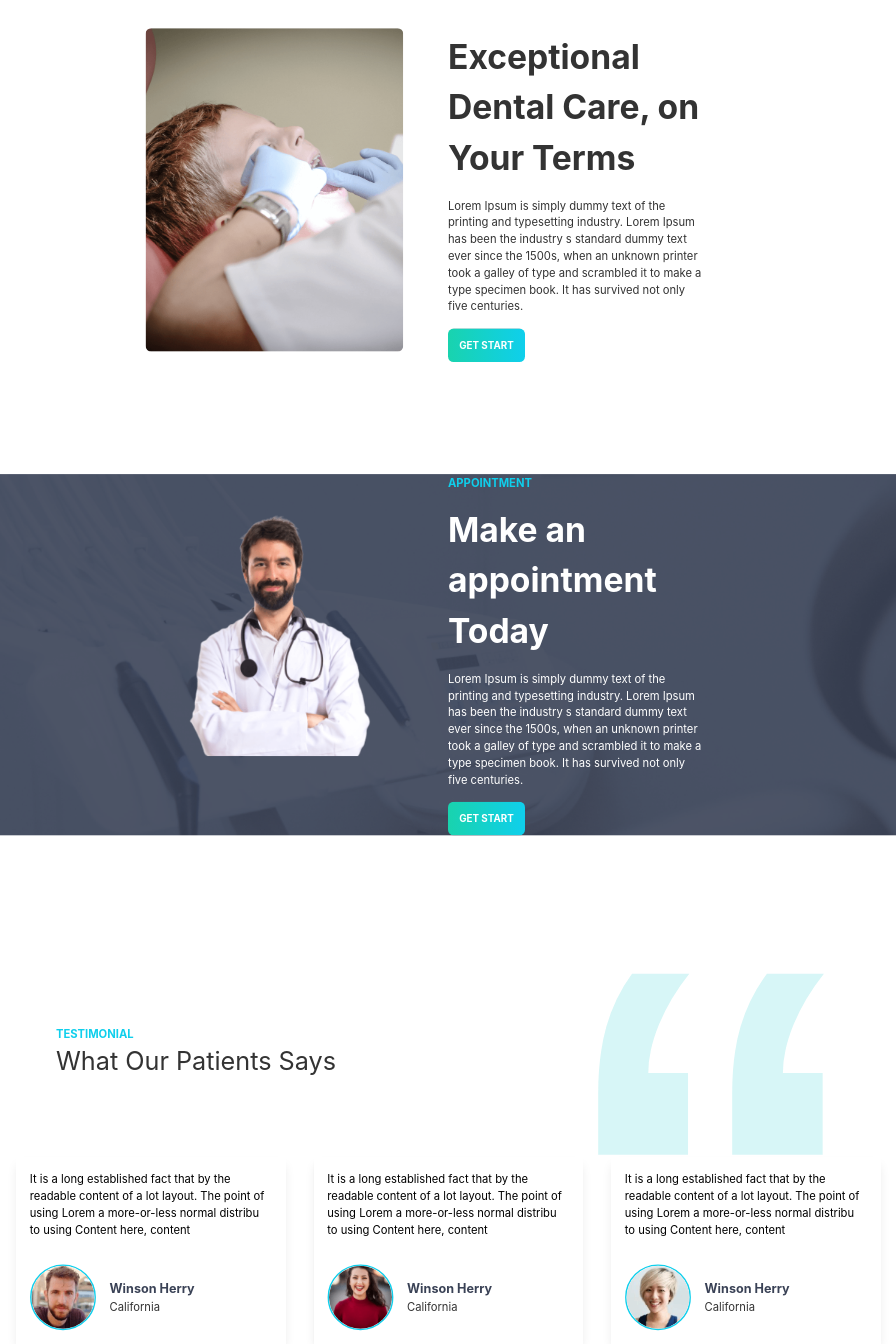
Repository: shikubro90/doctorsportal
Page: /
The author's editor kept a copy of each file at every save. The page is drawn from the files as they stood at one save, then again after the next save.
The browser window is 1280 px wide. The pictures show the part of the page from y = 1766 to 3686 px (the page is 3686 px tall before and 3682 px after), at 70% of full size.
The project was rebuilt for these pictures with package versions that can differ from the ones it lists, and the page was loaded fresh each time. Also part of the build but not shown: src/App.css, src/Pages/About/About.jsx.

Above is the page before, as saved 2022-10-02 10:20:09.

After the next save:
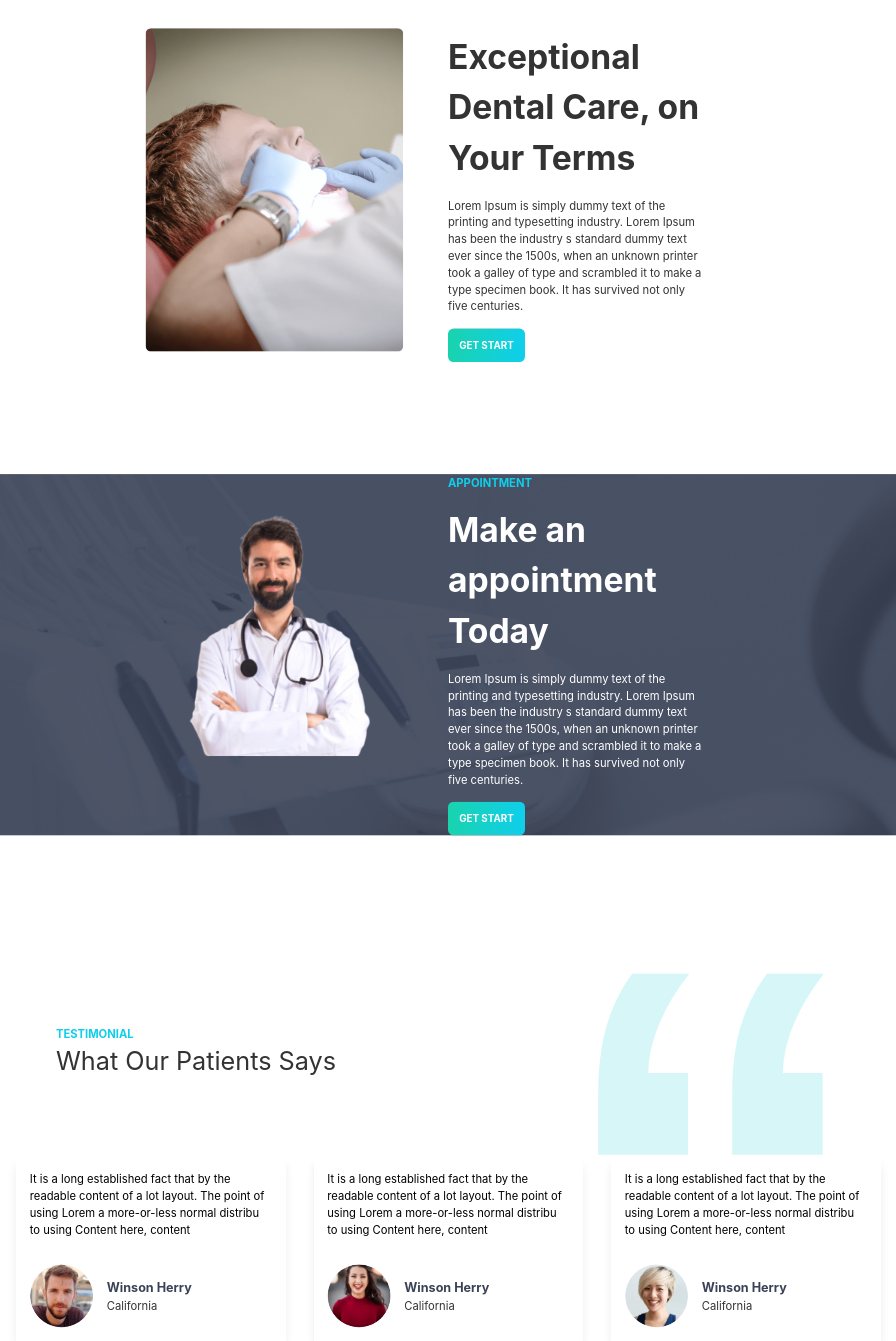
Saved 7 s later.
--- a/src/Pages/Home/TestimonialCard.jsx
+++ b/src/Pages/Home/TestimonialCard.jsx
@@ -9,7 +9,7 @@ const TestimonialCard = (props) => {
                 <p className='text-black'>{desc}</p>
             </div>
             <div className="bio flex items-center gap-5">
-                <img className='rounded-full border-2 border-primary' src={image} alt="" />
+                <img className='rounded-full border-5 border-primary' src={image} alt="" />
                 <div className="info">
                     <h4 className='font-bold text-accent text-lg'>{name}</h4>
                     <p>{country}</p>
